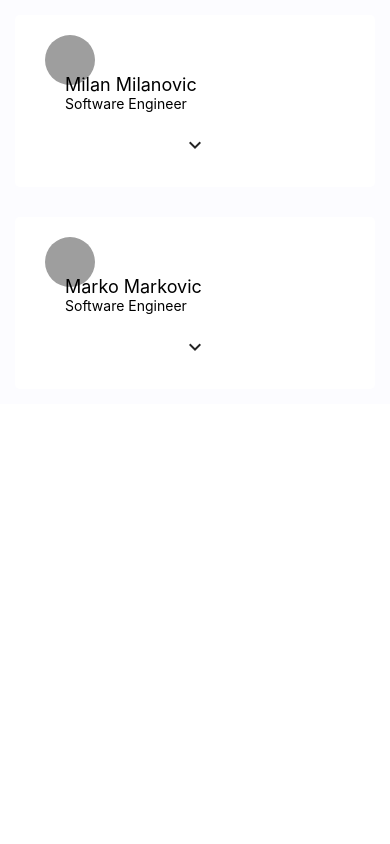
Repository: likanbl/intern-feature
Screen: /
An editor plug-in stored every save of this project. The screen is shown before and after the next save, followed by the edit.
Pictures or frames that could not be fetched are drawn as grey boxes. The app was drawn by React Native's web renderer in a window 390 px wide. The project was rebuilt for these pictures with package versions that can differ from the ones it lists, and the page was loaded fresh each time.

Above is the screen before, as saved 2019-09-16 14:33:24.

### App.js
import React, {Component} from 'react';

import InternScreen from './src/components/intern-feature/InternScreen';

export default class App extends Component {
  render() {
    return <InternScreen></InternScreen>;
  }
}

### src/components/intern-feature/InternScreen.js
import React, {Component} from 'react';
import {View, FlatList, Text, StyleSheet} from 'react-native';
import Data from './InternData';
import {InternItems} from './InternItems';

export default class InterScreen extends Component {
  renderItem = ({item}) => <InternItems item={item} />;

  render() {
    return (
      <View>
        <FlatList
          data={Data}
          renderItem={this.renderItem}
          keyExtractor={Data.id}
        />
      </View>
    );
  }
}

### src/components/intern-feature/InternData.js
export default [
  {
    Name: 'Milan Milanovic',
    role: 'Software Engineer',
    additionalInfo:
      'Lorem ipsum dolor sit amet, consectetur adipiscing elit, sed do eiusmod tempor incididunt ut labore et dolore magna aliqua.',
  },

  {
    Name: 'Marko Markovic',
    role: 'Software Engineer',
    additionalInfo:
      'Lorem ipsum dolor sit amet, consectetur adipiscing elit, sed do eiusmod tempor incididunt ut labore et dolore magna aliqua.',
  },
];

### src/components/intern-feature/InternItems.js
import React, {Component, useState} from 'react';
import {View, Text, Image, TouchableWithoutFeedback} from 'react-native';
import PropTypes from 'prop-types';
import {images} from '../../assets/images';
import {Avatar, Icon} from 'react-native-elements';
import styles from './styles';

const propTypes = {
  item: PropTypes.object,
};

export function InternItems(props) {
  const [isOpen, setIsOpen] = useState(false);

  return (
    <View style={styles.card}>
      <View style={styles.cardContainer}>
        <TouchableWithoutFeedback
          onPress={() => {
            setIsOpen(!isOpen);
          }}>
          <View style={styles.cardContainer}>
            <View style={styles.avatarView}>
              <Avatar
                size="medium"
                rounded
                source={{
                  uri:
                    'https://s3.amazonaws.com/uifaces/faces/twitter/ladylexy/128.jpg',
                }}
              />
            </View>
            <View style={styles.titleView}>
              <Text style={styles.title}>{props.item.Name}</Text>
              <Text style={styles.role}>{props.item.role}</Text>
              <Text style={styles.role}>{props.item.skills}</Text>
            </View>
            <Icon name={isOpen ? 'keyboard-arrow-up' : 'keyboard-arrow-down'} />
          </View>
        </TouchableWithoutFeedback>
        {isOpen && (
          <View style={styles.titleContainer}>
            <Text style={styles.description}>{props.item.additionalInfo}</Text>
          </View>
        )}
      </View>
    </View>
  );
}

InternItems.propTypes = propTypes;

### src/assets/images.js
export const images = {
  expand: require('../../resources/expand.png'),
  close: require('../../resources/close.png'),
};

### src/components/intern-feature/styles.js
import {StyleSheet} from 'react-native';

export default StyleSheet.create({
  card: {
    flex: 1,
    padding: 15,
    backgroundColor: '#FCFCFF',
  },
  cardContainer: {
    flexDirection: 'row',
    justifyContent: 'space-around',
    alignItems: 'center',
  },
  cardContainer: {
    flex: 1,
    flexDirection: 'column',
    elevation: 1,
    borderRadius: 5,
    backfaceVisibility: 'hidden',
    backgroundColor: 'white',

    padding: 15,
  },
  avatarView: {
    flex: 1,
    alignItems: 'flex-start',
    justifyContent: 'center',
  },
  titleView: {
    flex: 2,
    alignItems: 'flex-start',
    justifyContent: 'center',
    marginLeft: 20,
  },

  title: {
    flex: 1,
    fontSize: 18,
  },
  role: {
    flex: 1,
    fontSize: 14,
  },
  description: {
    flex: 1,
    fontSize: 22,
    color: 'gray',
    paddingTop: 10,
  },
  image: {
    width: 20,
    height: 20,
  },
});

After the next save:
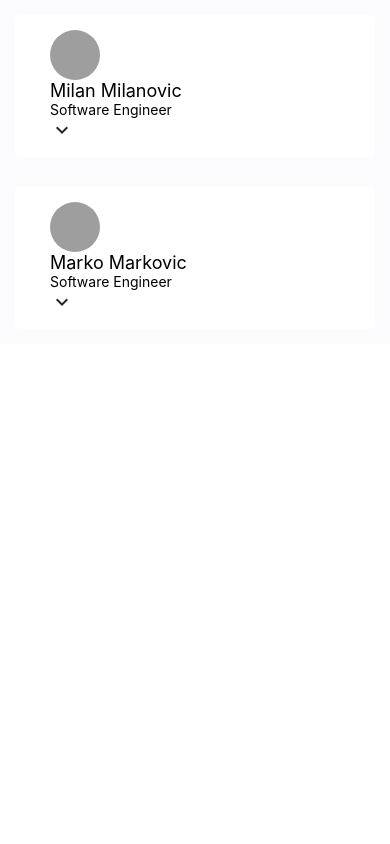
Saved 67 s later.
--- a/src/components/intern-feature/InternItems.js
+++ b/src/components/intern-feature/InternItems.js
@@ -19,7 +19,7 @@ export function InternItems(props) {
           onPress={() => {
             setIsOpen(!isOpen);
           }}>
-          <View style={styles.cardContainer}>
+          <View style={styles.titleView}>
             <View style={styles.avatarView}>
               <Avatar
                 size="medium"
@@ -30,7 +30,7 @@ export function InternItems(props) {
                 }}
               />
             </View>
-            <View style={styles.titleView}>
+            <View style={styles.ttileView}>
               <Text style={styles.title}>{props.item.Name}</Text>
               <Text style={styles.role}>{props.item.role}</Text>
               <Text style={styles.role}>{props.item.skills}</Text>
